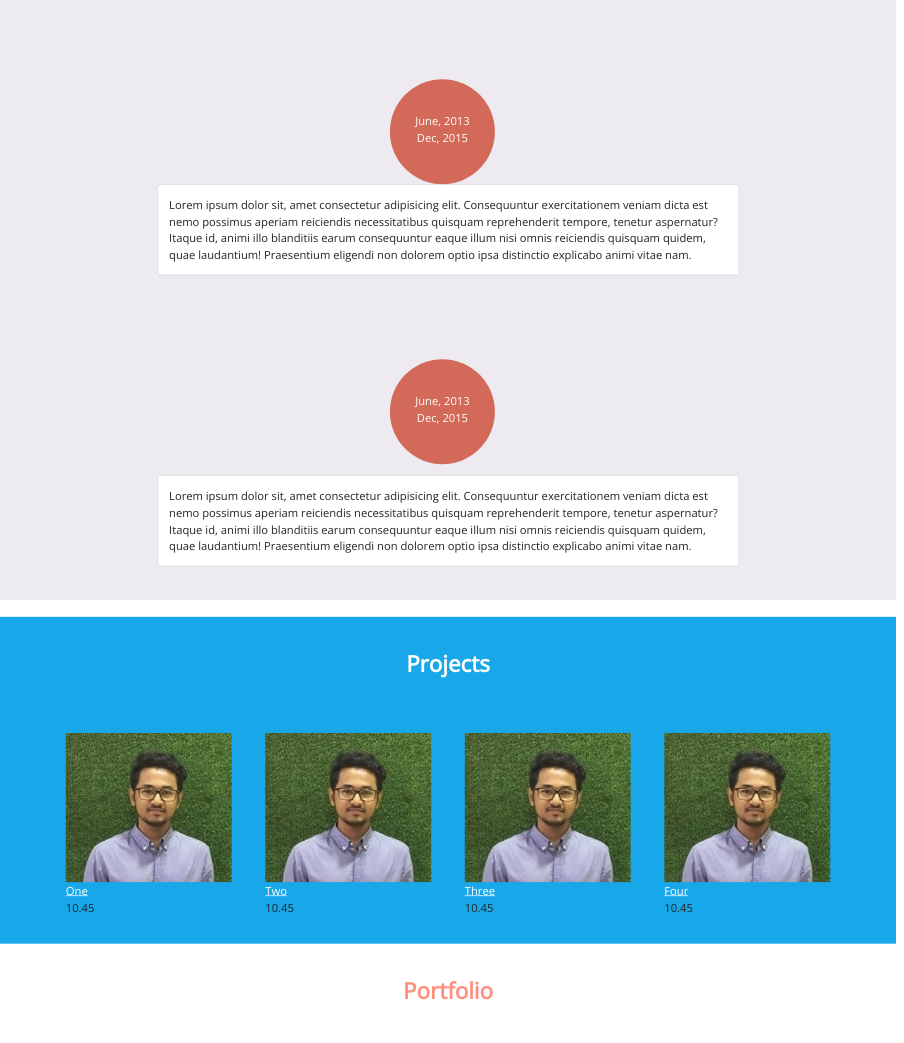
Repository: emowzz/emowzz.github.io
Page: index.html
The author's editor kept a copy of each file at every save. The page is drawn from the files as they stood at one save, then again after the next save.
The browser window is 1280 px wide. The page is 1292 px wide, so the pictures cover 1292 px, including what lies to the right of the window. The pictures show the part of the page from y = 1343 to 3223 px (the page is 2833 px tall before and 3223 px after), at 70% of full size.
Some web libraries are served in a nearby version.

Above is the page before, as saved 2021-03-17 23:25:03.

After the next save:
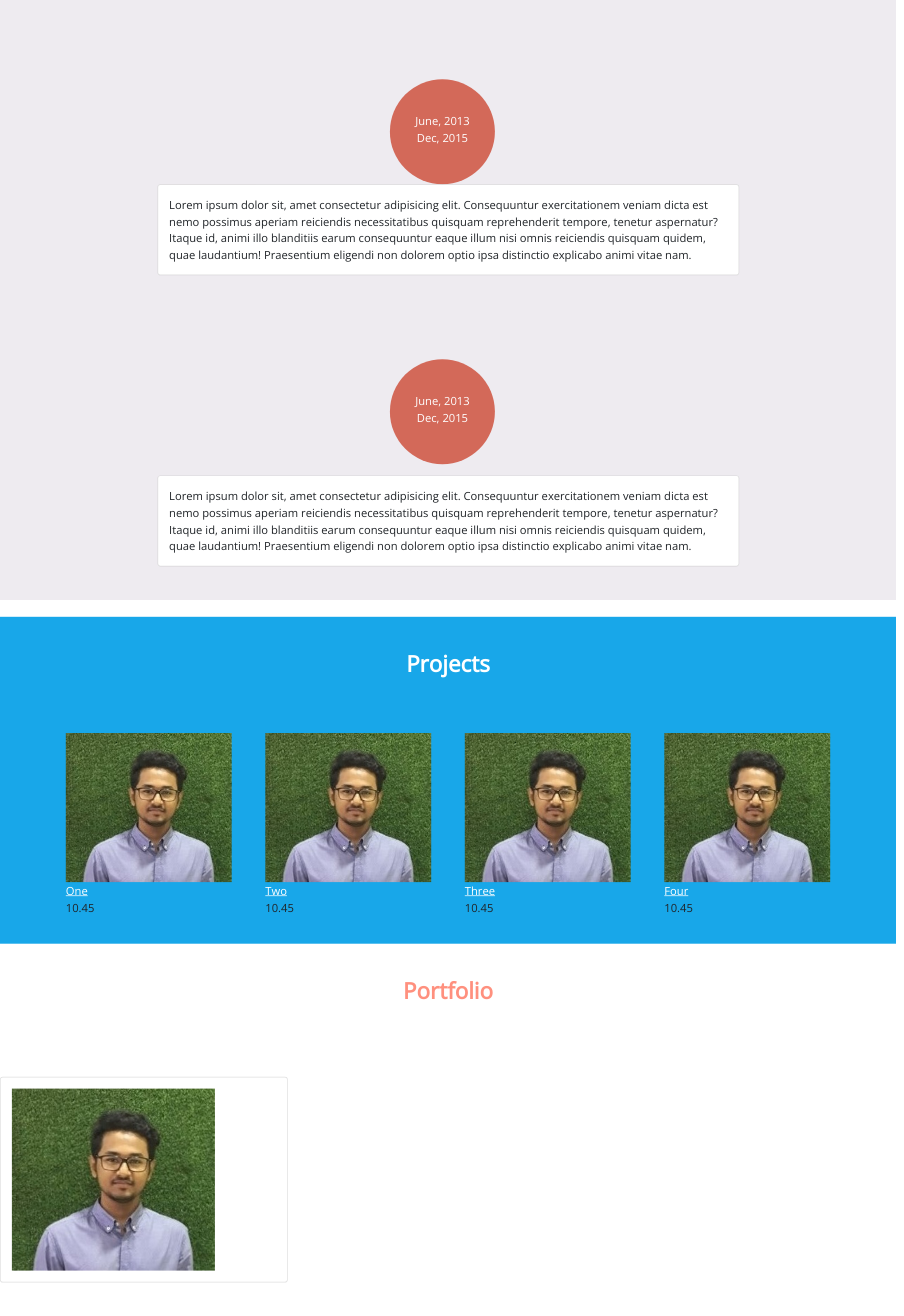
Saved 2 min 55 s later.
--- a/index.html
+++ b/index.html
@@ -198,6 +198,16 @@
         </div>
       </div>
 
+      <div class="row py-5">
+        <div class="col-md-4">
+          <div class="card">
+            <div class="card-body">
+              <img src="./Image/myImgZoom.jpg" alt="" class="img-fluid">
+            </div>
+
+          </div>
+        </div>
+      </div>
 
     </div>
 
